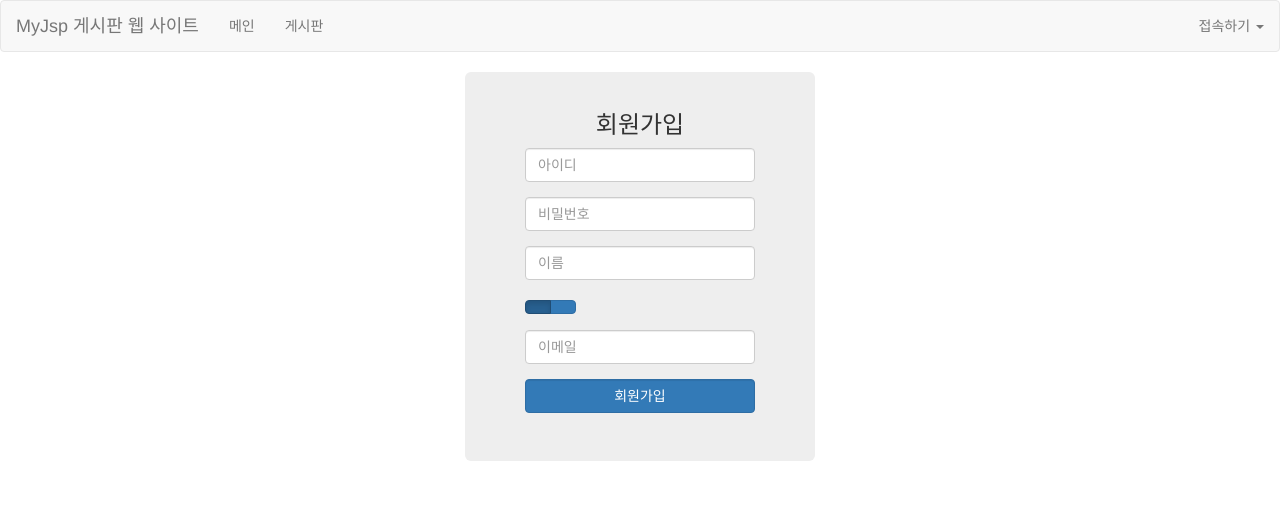
Repository: Ji3un/JspBoard
Page: http://localhost/BBS/join.jsp
These files come from the project's save history. The page is drawn as it stood at one moment and after the next save; the edit follows.
The browser window is 1280 px wide. The pictures show the whole page.
Some web libraries are served in a nearby version. The page is served by Tomcat 9.

Above is the page before, as saved 2017-10-03 11:51:37.

After the next save:
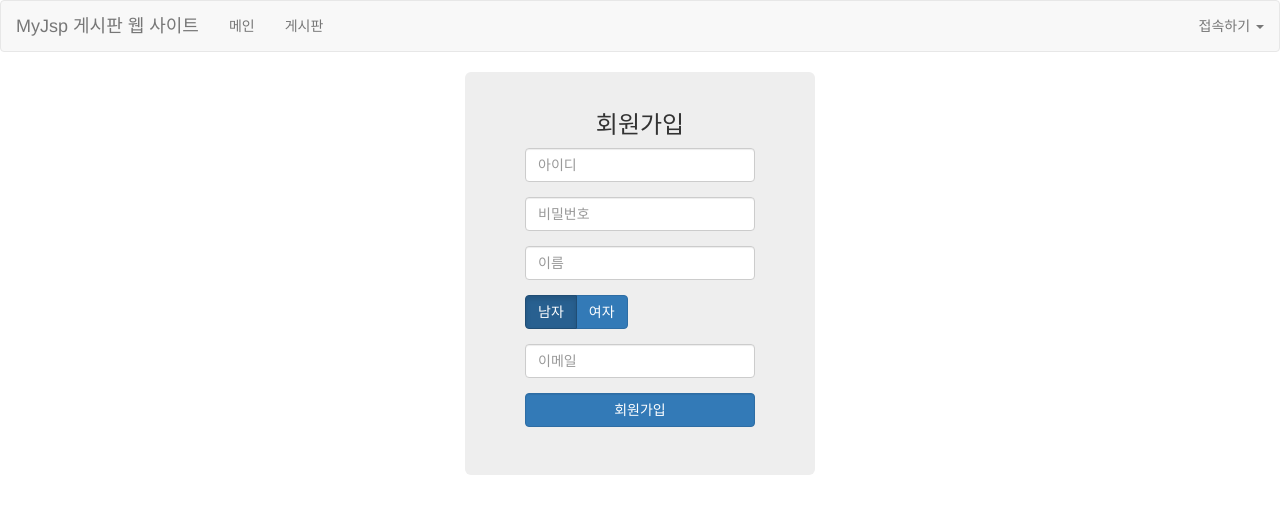
Saved 45 s later.
--- a/BBS/WebContent/join.jsp
+++ b/BBS/WebContent/join.jsp
@@ -58,10 +58,10 @@
 					<div class="form-group" style="text-algin:center;">
 						<div class="btn-group" data-toggle="buttons">
 							<label class="btn btn-primary active">
-								<input type="radio" name="userGender" autocomplete="off" value="남자" checked>
+								<input type="radio" name="userGender" autocomplete="off" value="0" checked>남자
 							</label>
 							<label class="btn btn-primary">
-								<input type="radio" name="userGender" autocomplete="off" value="여자" checked>
+								<input type="radio" name="userGender" autocomplete="off" value="1" checked>여자
 							</label>
 						</div>
 					</div>
